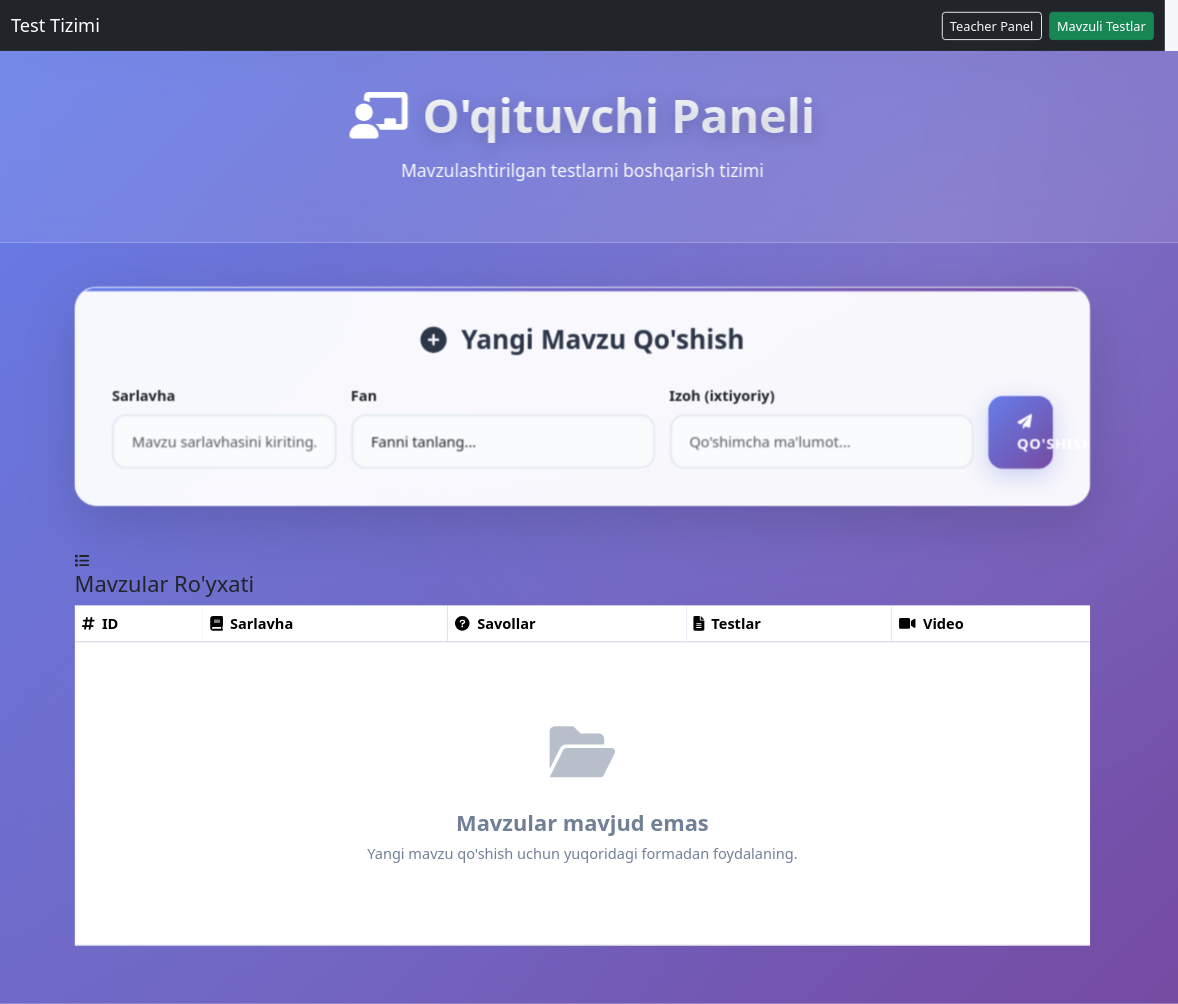
Repository: Shaxobiddin-Github/KatDPI_test
Page: backend/main/templates/topic_panel/dashboard.html
These files come from the project's save history. The page is drawn as it stood at one moment and after the next save; the edit follows.
The browser window is 1280 px wide. The page is 1295 px wide, so the pictures cover 1295 px, including what lies to the right of the window. The pictures show the whole page, at 91% of full size.
The template is drawn by Django 5.2. The application's start-up code is not run. Other server files are loaded and not shown. The template is opened directly, without the code that normally fills it, so the values that code supplies are empty.

Above is the page before, as saved 2025-09-26 16:10:52.

### backend/main/templates/topic_panel/dashboard.html
{% extends 'base.html' %}
{% load static %}
{% block head_extra %}
<style>
  .teacher-dashboard {
    background: linear-gradient(135deg, #667eea 0%, #764ba2 100%);
    min-height: 100vh;
    margin: -1.5rem -15px 0 -15px;
    padding: 0;
    position: relative;
    overflow-x: hidden;
  }

  .teacher-dashboard::before {
    content: '';
    position: absolute;
    top: 0;
    left: 0;
    right: 0;
    bottom: 0;
    background:
      radial-gradient(circle at 20% 80%, rgba(120, 119, 198, 0.3) 0%, transparent 50%),
      radial-gradient(circle at 80% 20%, rgba(255, 255, 255, 0.1) 0%, transparent 50%),
      radial-gradient(circle at 40% 40%, rgba(120, 119, 198, 0.2) 0%, transparent 50%);
    pointer-events: none;
  }

  .dashboard-header {
    background: rgba(255, 255, 255, 0.1);
    backdrop-filter: blur(20px);
    border-bottom: 1px solid rgba(255, 255, 255, 0.2);
    padding: 2.5rem 0;
    color: white;
    position: relative;
    z-index: 1;
  }

  .dashboard-title {
    font-size: 3.2rem;
    font-weight: 800;
    text-align: center;
    margin-bottom: 1rem;
    text-shadow: 0 4px 20px rgba(0,0,0,0.2);
    background: linear-gradient(135deg, #ffffff 0%, #f0f4ff 100%);
    -webkit-background-clip: text;
    -webkit-text-fill-color: transparent;
    background-clip: text;
  }

  .dashboard-subtitle {
    text-align: center;
    font-size: 1.2rem;
    opacity: 0.95;
    font-weight: 400;
    margin-bottom: 1.5rem;
  }

  .dashboard-stats {
    display: flex;
    justify-content: center;
    gap: 2rem;
    margin-top: 2rem;
  }

  .stat-item {
    text-align: center;
    background: rgba(255, 255, 255, 0.15);
    padding: 1rem 1.5rem;
    border-radius: 20px;
    backdrop-filter: blur(10px);
    border: 1px solid rgba(255, 255, 255, 0.2);
    min-width: 120px;
  }

  .stat-number {
    font-size: 2rem;
    font-weight: 700;
    display: block;
    margin-bottom: 0.25rem;
  }

  .stat-label {
    font-size: 0.9rem;
    opacity: 0.9;
  }
  .main-content {
    padding: 3rem 0;
    position: relative;
    z-index: 1;
  }

  .create-form-card {
    background: rgba(255, 255, 255, 0.95);
    backdrop-filter: blur(20px);
    border-radius: 24px;
    padding: 2.5rem;
    margin-bottom: 3rem;
    box-shadow: 0 20px 60px rgba(0, 0, 0, 0.15);
    border: 1px solid rgba(255, 255, 255, 0.3);
    position: relative;
    overflow: hidden;
  }

  .create-form-card::before {
    content: '';
    position: absolute;
    top: 0;
    left: 0;
    right: 0;
    height: 4px;
    background: linear-gradient(135deg, #667eea 0%, #764ba2 100%);
  }

  .form-title {
    font-size: 1.8rem;
    font-weight: 700;
    color: #2d3748;
    margin-bottom: 2rem;
    display: flex;
    align-items: center;
    gap: 1rem;
    text-align: center;
    justify-content: center;
  }

  .form-control-modern {
    border: 2px solid #e2e8f0;
    border-radius: 16px;
    padding: 1rem 1.25rem;
    font-size: 1rem;
    transition: all 0.3s ease;
    background: rgba(248, 250, 252, 0.8);
    backdrop-filter: blur(10px);
  }

  .form-control-modern:focus {
    border-color: #667eea;
    box-shadow: 0 0 0 4px rgba(102, 126, 234, 0.15);
    background: rgba(255, 255, 255, 0.95);
    outline: none;
    transform: translateY(-1px);
  }

  .btn-create {
    background: linear-gradient(135deg, #667eea, #764ba2);
    border: none;
    border-radius: 16px;
    padding: 1rem 2rem;
    color: white;
    font-weight: 700;
    transition: all 0.3s ease;
    text-transform: uppercase;
    letter-spacing: 0.8px;
    box-shadow: 0 8px 25px rgba(102, 126, 234, 0.3);
  }

  .btn-create:hover {
    transform: translateY(-3px);
    box-shadow: 0 12px 35px rgba(102, 126, 234, 0.5);
    color: white;
  }

  .btn-create:active {
    transform: translateY(-1px);
  }
  .topics-section {
    position: relative;
  }

  .section-header {
    text-align: center;
    margin-bottom: 3rem;
  }

  .section-title {
    font-size: 2.5rem;
    font-weight: 700;
    color: white;
    margin-bottom: 0.5rem;
    text-shadow: 0 2px 10px rgba(0,0,0,0.2);
  }

  .section-subtitle {
    font-size: 1.1rem;
    color: rgba(255, 255, 255, 0.9);
    font-weight: 300;
  }

  .topics-grid {
    display: grid;
    grid-template-columns: repeat(auto-fill, minmax(350px, 1fr));
    gap: 2rem;
    margin-bottom: 3rem;
  }

  .topic-card {
    background: rgba(255, 255, 255, 0.95);
    backdrop-filter: blur(20px);
    border-radius: 24px;
    padding: 2rem;
    border: 1px solid rgba(255, 255, 255, 0.3);
    box-shadow: 0 15px 40px rgba(0, 0, 0, 0.1);
    transition: all 0.4s cubic-bezier(0.175, 0.885, 0.32, 1.275);
    position: relative;
    overflow: hidden;
  }

  .topic-card::before {
    content: '';
    position: absolute;
    top: 0;
    left: 0;
    right: 0;
    height: 4px;
    background: linear-gradient(135deg, #667eea 0%, #764ba2 100%);
    transform: scaleX(0);
    transition: transform 0.3s ease;
  }

  .topic-card:hover {
    transform: translateY(-8px) scale(1.02);
    box-shadow: 0 25px 60px rgba(0, 0, 0, 0.2);
  }

  .topic-card:hover::before {
    transform: scaleX(1);
  }

  .topic-header {
    display: flex;
    align-items: center;
    justify-content: space-between;
    margin-bottom: 1.5rem;
  }

  .topic-id {
    background: linear-gradient(135deg, #667eea, #764ba2);
    color: white;
    padding: 0.5rem 1rem;
    border-radius: 20px;
    font-weight: 700;
    font-size: 0.9rem;
    min-width: 50px;
    text-align: center;
    box-shadow: 0 4px 15px rgba(102, 126, 234, 0.3);
  }

  .topic-subject {
    background: rgba(102, 126, 234, 0.1);
    color: #667eea;
    padding: 0.4rem 1rem;
    border-radius: 15px;
    font-size: 0.85rem;
    font-weight: 600;
  }

  .topic-title {
    font-size: 1.4rem;
    font-weight: 700;
    color: #2d3748;
    margin-bottom: 1rem;
    line-height: 1.3;
  }

  .topic-title a {
    color: inherit;
    text-decoration: none;
    transition: color 0.3s ease;
  }

  .topic-title a:hover {
    color: #667eea;
  }

  .topic-stats {
    display: grid;
    grid-template-columns: repeat(3, 1fr);
    gap: 1rem;
    margin-bottom: 1.5rem;
  }

  .stat-item-card {
    background: rgba(248, 250, 252, 0.8);
    border: 1px solid rgba(226, 232, 240, 0.5);
    border-radius: 12px;
    padding: 1rem;
    text-align: center;
    transition: all 0.3s ease;
  }

  .stat-item-card:hover {
    background: rgba(102, 126, 234, 0.05);
    border-color: rgba(102, 126, 234, 0.2);
    transform: translateY(-2px);
  }

  .stat-number {
    font-size: 1.5rem;
    font-weight: 700;
    color: #2d3748;
    display: block;
    margin-bottom: 0.25rem;
  }

  .stat-label {
    font-size: 0.8rem;
    color: #64748b;
    text-transform: uppercase;
    letter-spacing: 0.5px;
    font-weight: 600;
  }

  .topic-actions {
    display: flex;
    gap: 0.75rem;
  }

  .action-btn {
    flex: 1;
    padding: 0.75rem 1rem;
    border: none;
    border-radius: 12px;
    font-weight: 600;
    font-size: 0.9rem;
    text-decoration: none;
    text-align: center;
    transition: all 0.3s ease;
    display: flex;
    align-items: center;
    justify-content: center;
    gap: 0.5rem;
  }

  .btn-manage {
    background: linear-gradient(135deg, #667eea, #764ba2);
    color: white;
    box-shadow: 0 4px 15px rgba(102, 126, 234, 0.3);
  }

  .btn-manage:hover {
    transform: translateY(-2px);
    box-shadow: 0 6px 20px rgba(102, 126, 234, 0.5);
    color: white;
  }

  .btn-stats {
    background: rgba(16, 185, 129, 0.1);
    color: #10b981;
    border: 1px solid rgba(16, 185, 129, 0.2);
  }

  .btn-stats:hover {
    background: rgba(16, 185, 129, 0.15);
    transform: translateY(-2px);
    color: #059669;
  }

  .video-indicator {
    position: absolute;
    top: 1rem;
    right: 1rem;
    width: 12px;
    height: 12px;
    border-radius: 50%;
    box-shadow: 0 2px 8px rgba(0,0,0,0.2);
  }

  .video-yes {
    background: #10b981;
  }

  .video-no {
    background: #ef4444;
  }
  .topic-id {
    background: linear-gradient(135deg, #667eea, #764ba2);
    color: white;
    padding: 0.4rem 0.8rem;
    border-radius: 20px;
    font-weight: 600;
    font-size: 0.8rem;
    display: inline-block;
    min-width: 40px;
    text-align: center;
  }
  .topic-title a {
    color: #2d3748;
    font-weight: 600;
    text-decoration: none;
    font-size: 1.1rem;
    transition: all 0.3s ease;
  }
  .topic-title a:hover {
    color: #667eea;
    text-decoration: underline;
  }
  .stat-badge {
    background: #e2e8f0;
    color: #4a5568;
    padding: 0.4rem 0.8rem;
    border-radius: 15px;
    font-weight: 600;
    font-size: 0.85rem;
    display: inline-flex;
    align-items: center;
    gap: 0.4rem;
    min-width: 50px;
    justify-content: center;
  }
  .stat-badge.has-items {
    background: linear-gradient(135deg, #48bb78, #38a169);
    color: white;
  }
  .video-badge {
    padding: 0.4rem 0.8rem;
    border-radius: 15px;
    font-weight: 600;
    font-size: 0.85rem;
    display: inline-flex;
    align-items: center;
    gap: 0.4rem;
  }
  .video-yes {
    background: linear-gradient(135deg, #48bb78, #38a169);
    color: white;
  }
  .video-no {
    background: #fed7d7;
    color: #e53e3e;
  }
  .empty-state {
    text-align: center;
    padding: 4rem 2rem;
    color: #718096;
  }
  .empty-icon {
    font-size: 4rem;
    margin-bottom: 1rem;
    opacity: 0.5;
  }
  .empty-title {
    font-size: 1.5rem;
    font-weight: 600;
    margin-bottom: 0.5rem;
  }
  .loading-overlay {
    position: fixed;
    top: 0;
    left: 0;
    right: 0;
    bottom: 0;
    background: rgba(255, 255, 255, 0.9);
    display: flex;
    align-items: center;
    justify-content: center;
    z-index: 9999;
    opacity: 0;
    visibility: hidden;
    transition: all 0.3s ease;
  }
  .loading-overlay.show {
    opacity: 1;
    visibility: visible;
  }
  .spinner {
    width: 50px;
    height: 50px;
    border: 4px solid #e2e8f0;
    border-left: 4px solid #667eea;
    border-radius: 50%;
    animation: spin 1s linear infinite;
  }
  @keyframes spin {
    to { transform: rotate(360deg); }
  }
  .success-message {
    background: linear-gradient(135deg, #48bb78, #38a169);
    color: white;
    padding: 1rem 1.5rem;
    border-radius: 12px;
    margin-bottom: 1rem;
    display: none;
    align-items: center;
    gap: 0.8rem;
  }
</style>
{% endblock %}
{% block content %}
<div class="teacher-dashboard">
  <div class="dashboard-header">
    <div class="container">
      <h1 class="dashboard-title">
        <i class="fas fa-chalkboard-teacher me-3"></i>O'qituvchi Paneli
      </h1>
      <p class="dashboard-subtitle">Mavzulashtirilgan testlarni boshqarish tizimi</p>
    </div>
  </div>

  <div class="main-content">
    <div class="container">
      <div id="successMessage" class="success-message">
        <i class="fas fa-check-circle"></i>
        <span>Mavzu muvaffaqiyatli qo'shildi!</span>
      </div>

      <div class="create-form-card">
        <h3 class="form-title">
          <i class="fas fa-plus-circle"></i>
          Yangi Mavzu Qo'shish
        </h3>
        <form id="createTopicForm" class="row g-3">
          <div class="col-md-3">
            <label class="form-label fw-semibold">Sarlavha</label>
            <input name="title" class="form-control form-control-modern" placeholder="Mavzu sarlavhasini kiriting..." required>
          </div>
          <div class="col-md-4">
            <label class="form-label fw-semibold">Fan</label>
            <select name="subject_id" class="form-control form-control-modern" required>
              <option value="" disabled selected>Fanni tanlang...</option>
              {% for s in subjects %}
                <option value="{{ s.id }}">{{ s.name }}</option>
              {% endfor %}
            </select>
          </div>
          <div class="col-md-4">
            <label class="form-label fw-semibold">Izoh (ixtiyoriy)</label>
            <input name="description" class="form-control form-control-modern" placeholder="Qo'shimcha ma'lumot...">
          </div>
          <div class="col-md-1 d-flex align-items-end">
            <button type="submit" class="btn btn-create w-100">
              <i class="fas fa-paper-plane me-2"></i>Qo'shish
            </button>
          </div>
        </form>
      </div>

      <div class="topics-card">
        <div class="topics-header">
          <i class="fas fa-list"></i>
          <h4>Mavzular Ro'yxati</h4>
        </div>
        <div class="table-responsive">
          <table class="table topics-table" id="topicsTable">
            <thead>
              <tr>
                <th><i class="fas fa-hashtag me-2"></i>ID</th>
                <th><i class="fas fa-book me-2"></i>Sarlavha</th>
                <th><i class="fas fa-question-circle me-2"></i>Savollar</th>
                <th><i class="fas fa-file-alt me-2"></i>Testlar</th>
                <th><i class="fas fa-video me-2"></i>Video</th>
              </tr>
            </thead>
            <tbody>
              {% for t in topics %}
              <tr data-id="{{ t.id }}">
                <td><span class="topic-id">{{ t.id }}</span></td>
                <td class="topic-title">
                  <a href="{% url 'topic:topic_manage' t.id %}">{{ t.title }}</a>
                </td>
                <td>
                  <span class="stat-badge {% if t.questions.count > 0 %}has-items{% endif %}">
                    <i class="fas fa-question"></i>
                    {{ t.questions.count }}
                  </span>
                </td>
                <td>
                  <span class="stat-badge {% if t.tests.count > 0 %}has-items{% endif %}">
                    <i class="fas fa-clipboard-list"></i>
                    {{ t.tests.count }}
                  </span>
                </td>
                <td>
                  {% if t.intro_video %}
                    <span class="video-badge video-yes">
                      <i class="fas fa-check"></i>Mavjud
                    </span>
                  {% else %}
                    <span class="video-badge video-no">
                      <i class="fas fa-times"></i>Yo'q
                    </span>
                  {% endif %}
                </td>
              </tr>
              {% empty %}
              <tr>
                <td colspan="5">
                  <div class="empty-state">
                    <div class="empty-icon">
                      <i class="fas fa-folder-open"></i>
                    </div>
                    <h5 class="empty-title">Mavzular mavjud emas</h5>
                    <p>Yangi mavzu qo'shish uchun yuqoridagi formadan foydalaning.</p>
                  </div>
                </td>
              </tr>
              {% endfor %}
            </tbody>
          </table>
        </div>
      </div>
    </div>
  </div>
</div>

<div id="loadingOverlay" class="loading-overlay">
  <div class="spinner"></div>
</div>

<!-- FontAwesome icons -->
<script src="https://cdnjs.cloudflare.com/ajax/libs/font-awesome/6.0.0/js/all.min.js"></script>
<script>
const form = document.getElementById('createTopicForm');
const loadingOverlay = document.getElementById('loadingOverlay');
const successMessage = document.getElementById('successMessage');

form.addEventListener('submit', async (e) => {
  e.preventDefault();

  // Show loading
  loadingOverlay.classList.add('show');

  const fd = new FormData(form);

  try {
    const resp = await fetch('{% url 'topic:create_topic' %}', {
      method: 'POST',
      headers: {'X-CSRFToken': getCsrf()},
      body: fd
    });
    const data = await resp.json();

    if (data.id) {
      // Show success message
      successMessage.style.display = 'flex';
      form.reset();

      // Hide success message after 3 seconds
      setTimeout(() => {
        successMessage.style.display = 'none';
      }, 3000);

      // Reload after short delay
      setTimeout(() => {
        location.reload();
      }, 1000);
    } else {
      alert(data.error || 'Xato yuz berdi!');
    }
  } catch (error) {
    alert('Tarmoq xatosi yuz berdi!');
  } finally {
    // Hide loading
    loadingOverlay.classList.remove('show');
  }
});

function getCsrf() {
  return document.cookie.split('; ').find(r => r.startsWith('csrftoken='))?.split('=')[1];
}

// Add hover effects to table rows
document.addEventListener('DOMContentLoaded', function() {
  const tableRows = document.querySelectorAll('#topicsTable tbody tr');
  tableRows.forEach(row => {
    row.addEventListener('mouseenter', function() {
      this.style.transform = 'scale(1.02)';
    });
    row.addEventListener('mouseleave', function() {
      this.style.transform = 'scale(1)';
    });
  });
});
</script>
{% endblock %}

### backend/main/templates/base.html
<!DOCTYPE html>
<html lang="uz">
<head>
	<meta charset="UTF-8">
	<meta name="viewport" content="width=device-width,initial-scale=1">
	<title>{% block title %}Panel{% endblock %}</title>
	<link href="https://cdn.jsdelivr.net/npm/bootstrap@5.3.3/dist/css/bootstrap.min.css" rel="stylesheet">
	{% block head_extra %}{% endblock %}
	<style>
		body { background:#f5f7fb; font-family: system-ui, Arial, sans-serif; }
		nav.navbar { margin-bottom: 1.5rem; }
	</style>
</head>
<body>
	<nav class="navbar navbar-expand-lg navbar-dark bg-dark">
		<div class="container-fluid">
			<a class="navbar-brand" href="/">Test Tizimi</a>
			{% if request.user.is_authenticated and request.user.role == 'student' %}
				<div class="ms-auto d-flex align-items-center gap-2">
					<a class="btn btn-sm btn-primary" href="/api/topic-panel/student/panel/">Mening Testlarim</a>
					<a class="btn btn-sm btn-outline-light" href="{% url 'common_logout' %}">Chiqish</a>
				</div>
			{% else %}
				<div class="d-flex gap-2">
					<a class="btn btn-sm btn-outline-light" href="/api/teacher-panel/dashboard/">Teacher Panel</a>
					<a class="btn btn-sm btn-success" href="/api/topic-panel/dashboard/">Mavzuli Testlar</a>
				</div>
			{% endif %}
		</div>
	</nav>
	<main>
		{% block content %}{% endblock %}
	</main>
	<script src="https://cdn.jsdelivr.net/npm/bootstrap@5.3.3/dist/js/bootstrap.bundle.min.js"></script>
	{% block scripts %}{% endblock %}
</body>
</html>

After the next save:
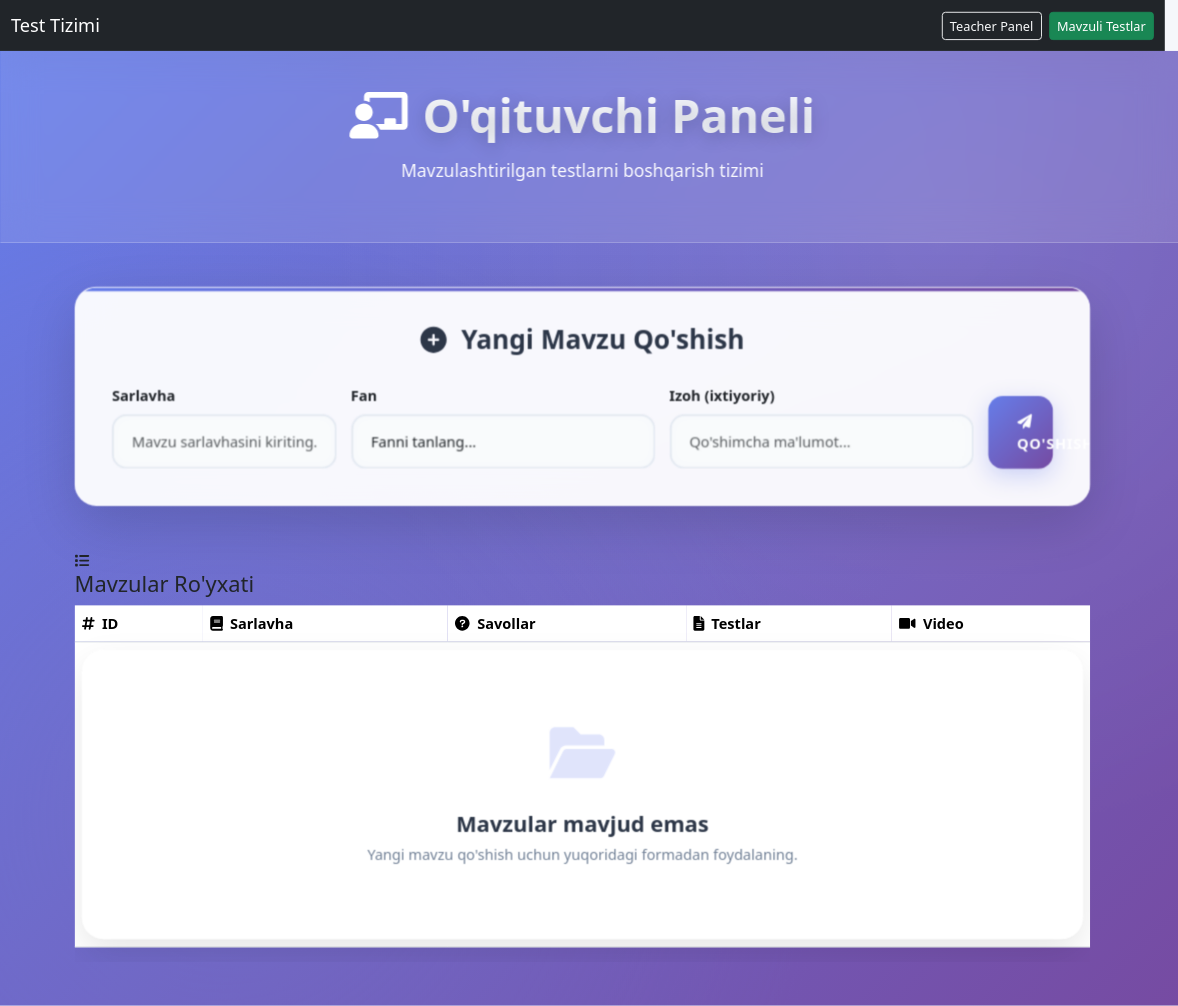
Saved 16 s later.
--- a/backend/main/templates/topic_panel/dashboard.html
+++ b/backend/main/templates/topic_panel/dashboard.html
@@ -372,61 +372,55 @@
   .video-no {
     background: #ef4444;
   }
-  .topic-id {
+  .empty-state {
+    text-align: center;
+    padding: 4rem 2rem;
+    background: rgba(255, 255, 255, 0.95);
+    backdrop-filter: blur(20px);
+    border-radius: 24px;
+    border: 1px solid rgba(255, 255, 255, 0.3);
+    box-shadow: 0 15px 40px rgba(0, 0, 0, 0.1);
+  }
+
+  .empty-icon {
+    font-size: 4rem;
+    margin-bottom: 1.5rem;
+    color: rgba(102, 126, 234, 0.4);
+  }
+
+  .empty-title {
+    font-size: 1.8rem;
+    font-weight: 700;
+    margin-bottom: 1rem;
+    color: #2d3748;
+  }
+
+  .empty-description {
+    font-size: 1.1rem;
+    color: #64748b;
+    margin-bottom: 2rem;
+  }
+
+  .btn-get-started {
     background: linear-gradient(135deg, #667eea, #764ba2);
     color: white;
-    padding: 0.4rem 0.8rem;
-    border-radius: 20px;
-    font-weight: 600;
-    font-size: 0.8rem;
-    display: inline-block;
-    min-width: 40px;
-    text-align: center;
-  }
-  .topic-title a {
-    color: #2d3748;
-    font-weight: 600;
+    padding: 1rem 2rem;
+    border: none;
+    border-radius: 16px;
+    font-weight: 700;
+    font-size: 1rem;
     text-decoration: none;
-    font-size: 1.1rem;
-    transition: all 0.3s ease;
-  }
-  .topic-title a:hover {
-    color: #667eea;
-    text-decoration: underline;
-  }
-  .stat-badge {
-    background: #e2e8f0;
-    color: #4a5568;
-    padding: 0.4rem 0.8rem;
-    border-radius: 15px;
-    font-weight: 600;
-    font-size: 0.85rem;
     display: inline-flex;
     align-items: center;
-    gap: 0.4rem;
-    min-width: 50px;
-    justify-content: center;
-  }
-  .stat-badge.has-items {
-    background: linear-gradient(135deg, #48bb78, #38a169);
-    color: white;
-  }
-  .video-badge {
-    padding: 0.4rem 0.8rem;
-    border-radius: 15px;
-    font-weight: 600;
-    font-size: 0.85rem;
-    display: inline-flex;
-    align-items: center;
-    gap: 0.4rem;
-  }
-  .video-yes {
-    background: linear-gradient(135deg, #48bb78, #38a169);
-    color: white;
-  }
-  .video-no {
-    background: #fed7d7;
-    color: #e53e3e;
+    gap: 0.75rem;
+    transition: all 0.3s ease;
+    box-shadow: 0 8px 25px rgba(102, 126, 234, 0.3);
+  }
+
+  .btn-get-started:hover {
+    transform: translateY(-3px);
+    box-shadow: 0 12px 35px rgba(102, 126, 234, 0.5);
+    color: white;
   }
   .empty-state {
     text-align: center;
